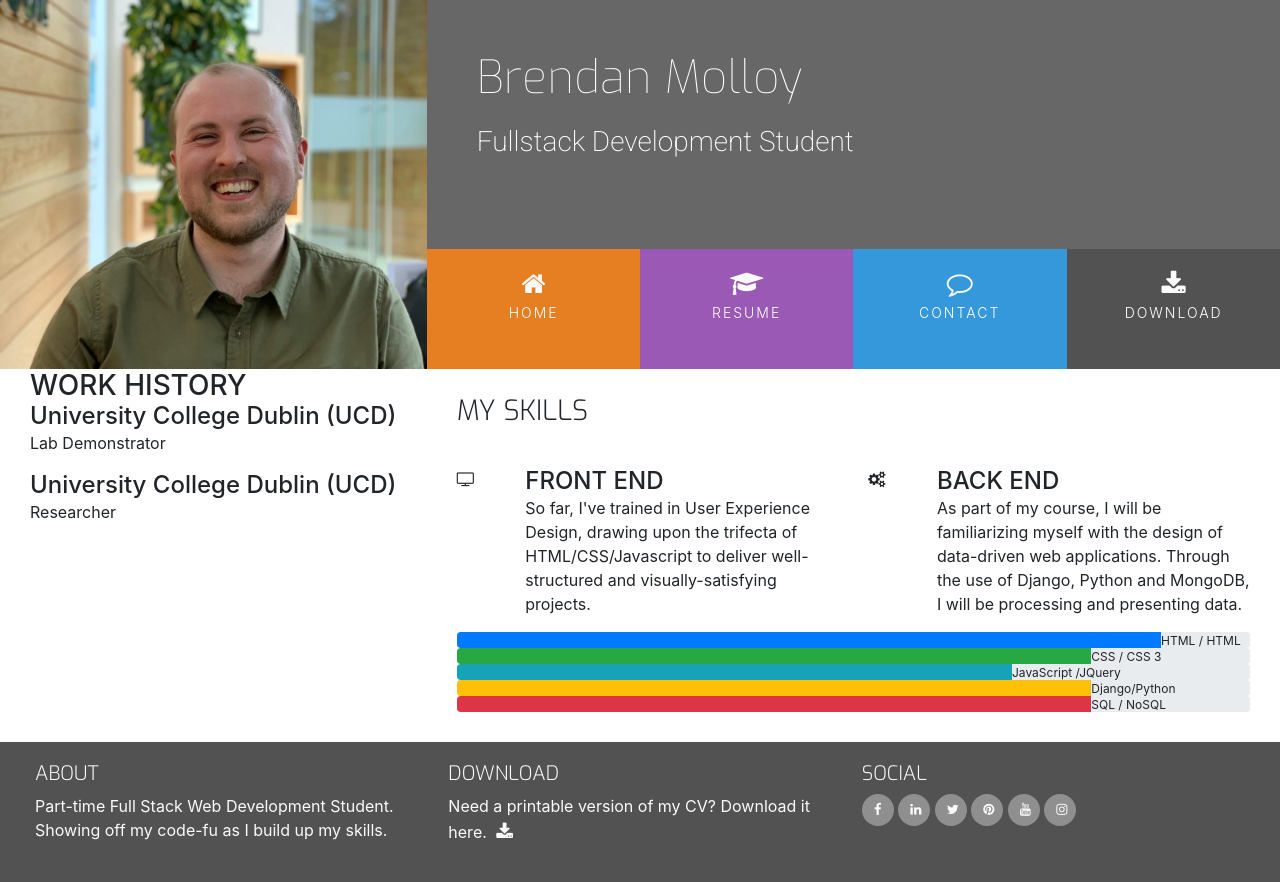
Repository: BrendanMolloy/my-web-cv
Page: resume.html
The author's editor kept a record of every edit. The page is drawn from the files as they stood at one moment, then again after the next edit.
The browser window is 1280 px wide. The pictures show the whole page.

Above is the page before.

After the next edit:
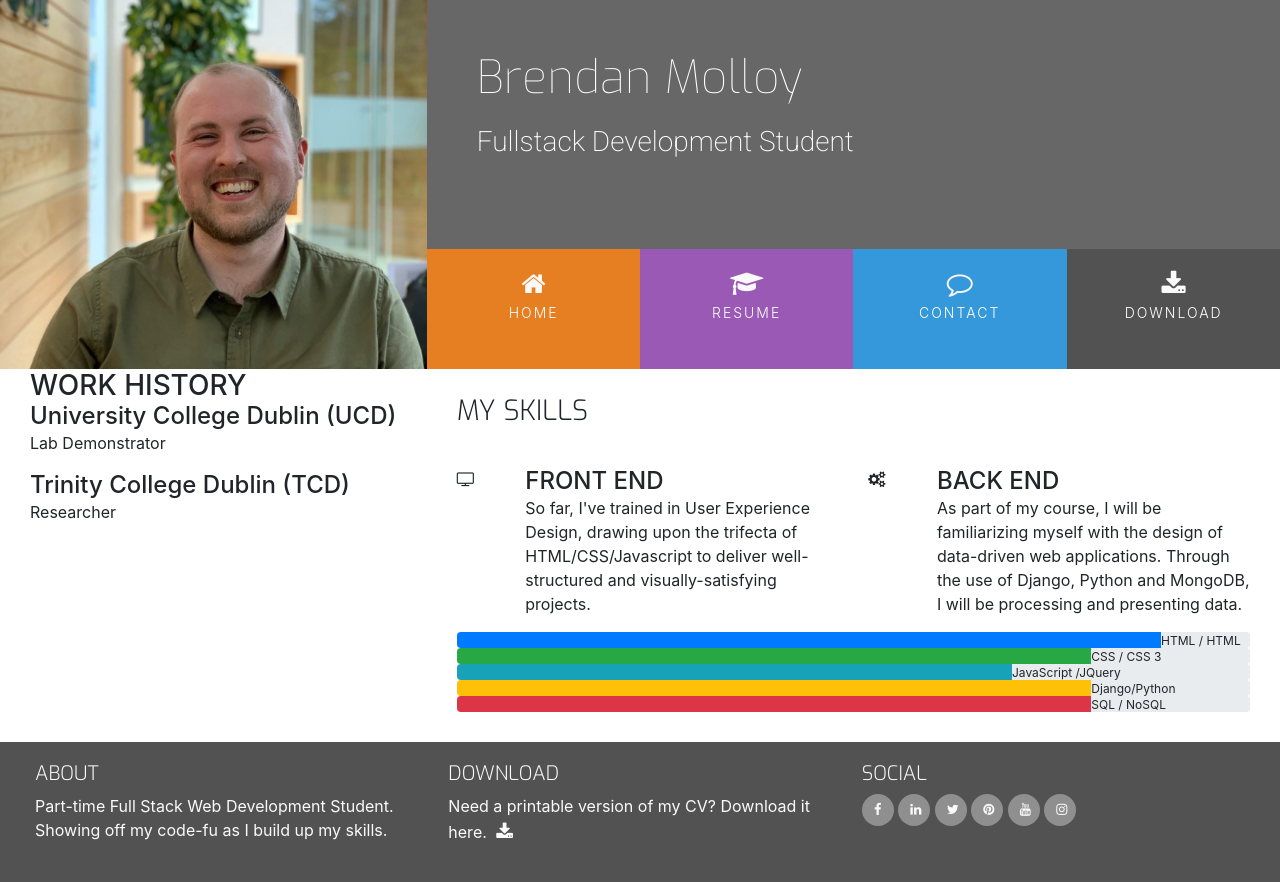
The edit:
--- a/resume.html
+++ b/resume.html
@@ -61,8 +61,8 @@
                     <h4>University College Dublin (UCD)</h4>
                     <p>Lab Demonstrator</p>
                 </div>
-                <div class="timeline-item" data-dates="09/2015 - 04/2016">
-                    <h4>University College Dublin (UCD)</h4>
+                <div class="timeline-item" data-dates="10/2014 - 12/2017">
+                    <h4>Trinity College Dublin (TCD)</h4>
                     <p>Researcher</p>
                 </div>
             </div>
